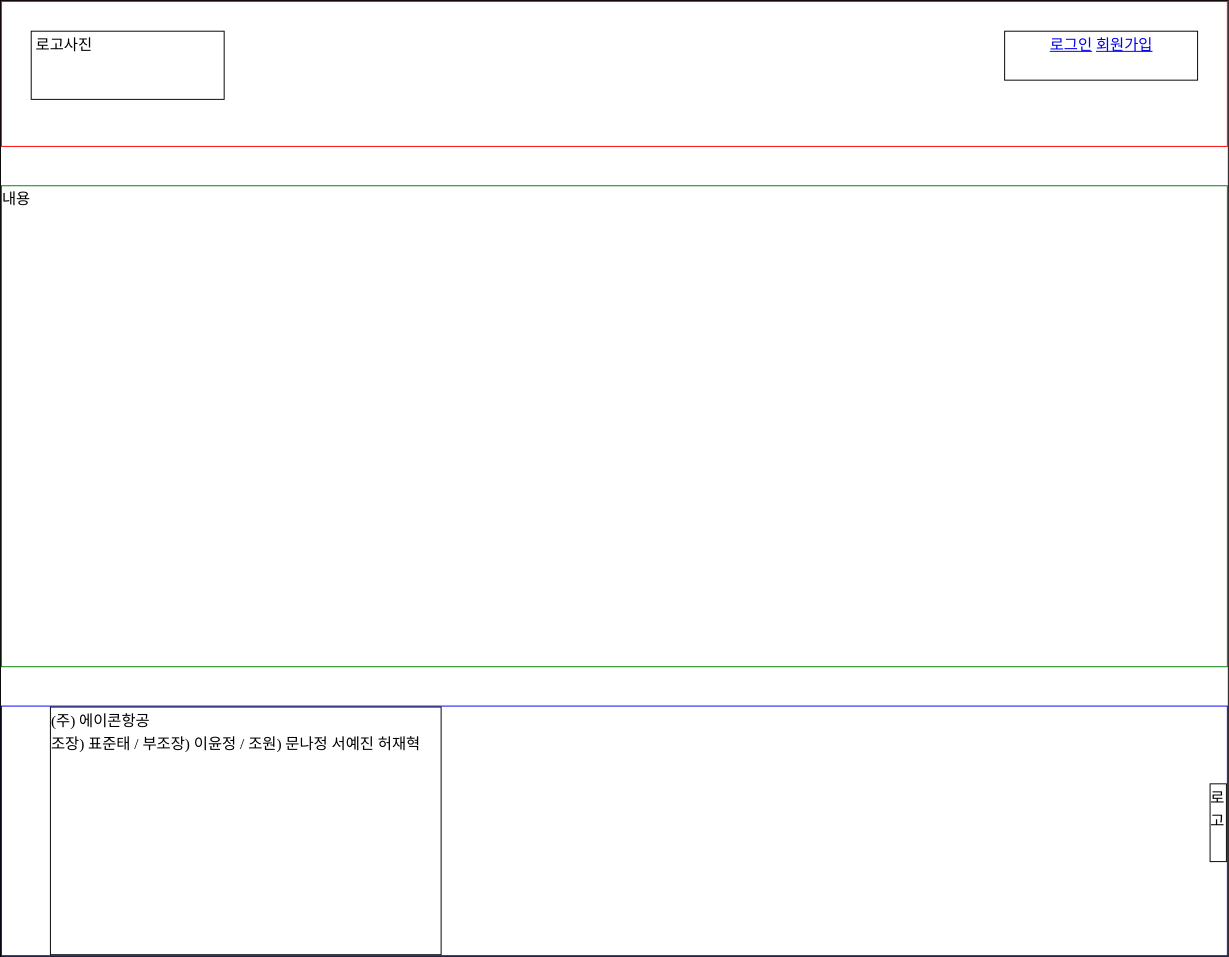
Repository: juntae710/Acorn_AirlineReservation_Project
Page: http://localhost/prj3_1/WEB-INF/views/h_index.jsp
The author's editor kept a copy of each file at every save. The page is drawn from the files as they stood at one save, then again after the next save.
The browser window is 1280 px wide. The pictures show the whole page, at 96% of full size.
The page is served by Tomcat 9. Nobody is signed in. Other server files are loaded and not shown. The template is opened directly, without the code that normally fills it, so the values that code supplies are empty.

Above is the page before, as saved 2023-09-20 01:11:56.

### Eclipse/prj3_1/src/main/webapp/WEB-INF/views/h_index.jsp
<%@ page language="java" contentType="text/html; charset=UTF-8" pageEncoding="UTF-8"%>
<!DOCTYPE html>
<html>
<head>
<meta charset="UTF-8">
<title>Insert title here</title>
<style>
* {
	margin: 0;
}

main {
	border: 1px solid black;
}

header {
	border: 1px solid red;
	height: 150px;
	display: flex;
	position: relative;
}

.headerimg {
	width: 200px;
	height: 70px;
	border: 1px solid black;
	position: absolute;
	left: 30px;
	top: 30px;
}

.headerAtag {
	width: 200px;
	height: 50px;
	border: 1px solid black;
	position: absolute;
	right: 30px;
	top: 30px;
	text-align: center;
}

section {
	border: 1px solid green;
	height: 500px;
	margin-top: 40px;
}

footer {
	border: 1px solid blue;
	height: 259px;
	margin-top: 40px;
	margin-bottom: 0px;
	display: flex;
}


.footer_info{
border: 1px solid black;
margin-left: 50px;
width: 1000px;

}
.footer_img{
border: 1px solid black;
width: 40px;
height: 80px;
margin-left: 800px;
margin-top: 80px;
}
</style>
</head>
<body>
	<main>
		<header>
			<div class="headerimg">
				<img src="" alt=""> 로고사진
			</div>

			<%
			String id = (String) session.getAttribute("id");
			%>

			<div class="headerAtag">
				<%
				if (id == null) {
				%>
				<a href="<%=request.getContextPath()%>/h_login">로그인</a>
				<%
				%>
				<a href="<%=request.getContextPath()%>/l_join">회원가입</a>
				<%
				} else {
				%>
				<p>아이디: <%=id%>님 </p>
				<a href="<%=request.getContextPath()%>/h_logOut">로그아웃</a>
				<a href="<%=request.getContextPath()%>/UUA.do">마이페이지</a>

				<%
				}
				%>
			</div>

		</header>

		<section>내용</section>

		<footer>
		<div class="footer_info">(주) 에이콘항공 <br>
			조장) 표준태 / 부조장) 이윤정 / 조원) 문나정 서예진 허재혁
		 </div>
		<div class="footer_img"><img alt="" src="">로고</div>
		</footer>
	</main>
</body>
</html>

After the next save:
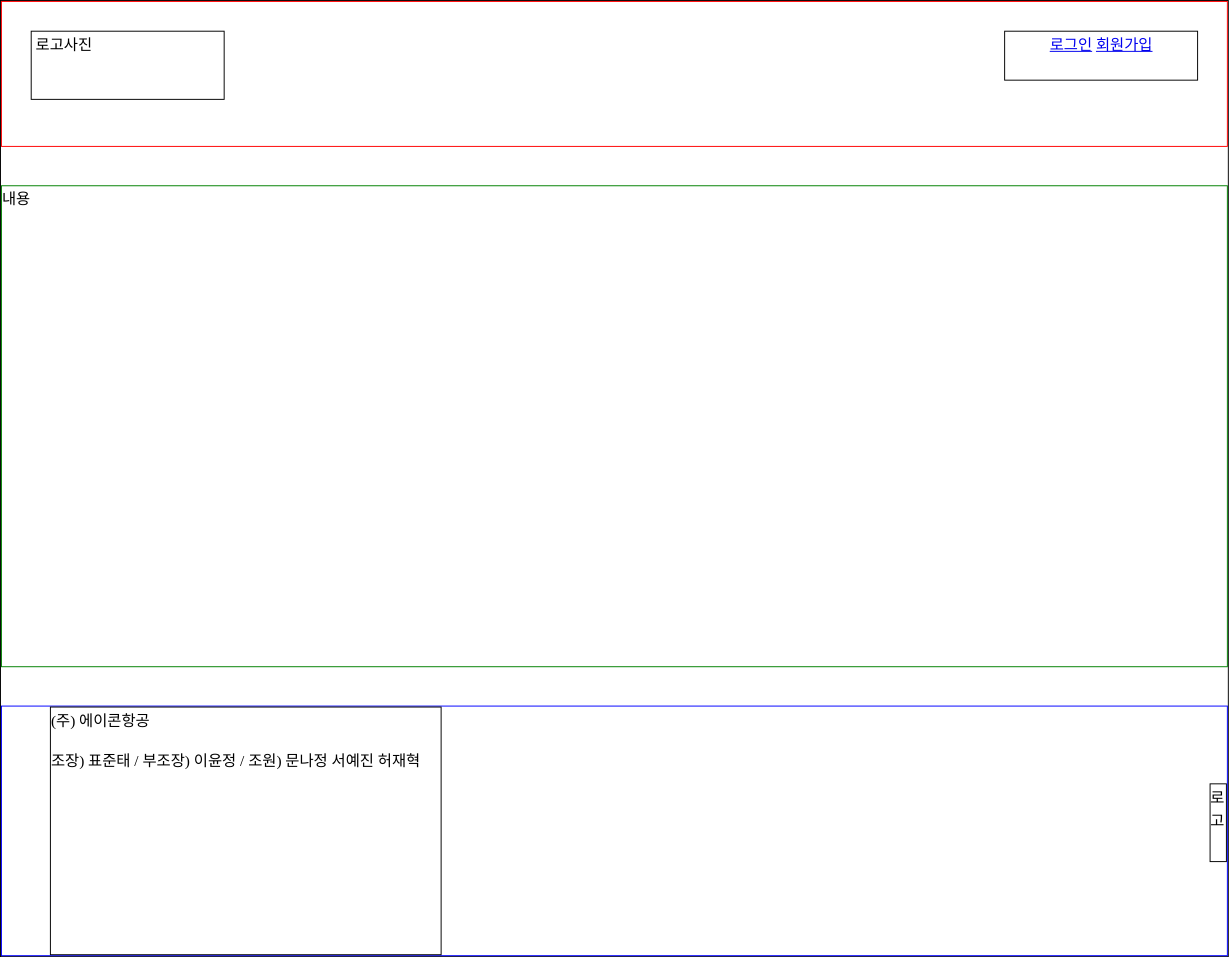
Saved 30 s later.
--- a/Eclipse/prj3_1/src/main/webapp/WEB-INF/views/h_index.jsp
+++ b/Eclipse/prj3_1/src/main/webapp/WEB-INF/views/h_index.jsp
@@ -105,7 +105,7 @@ margin-top: 80px;
 		<section>내용</section>
 
 		<footer>
-		<div class="footer_info">(주) 에이콘항공 <br>
+		<div class="footer_info">(주) 에이콘항공 <br><br>
 			조장) 표준태 / 부조장) 이윤정 / 조원) 문나정 서예진 허재혁
 		 </div>
 		<div class="footer_img"><img alt="" src="">로고</div>
